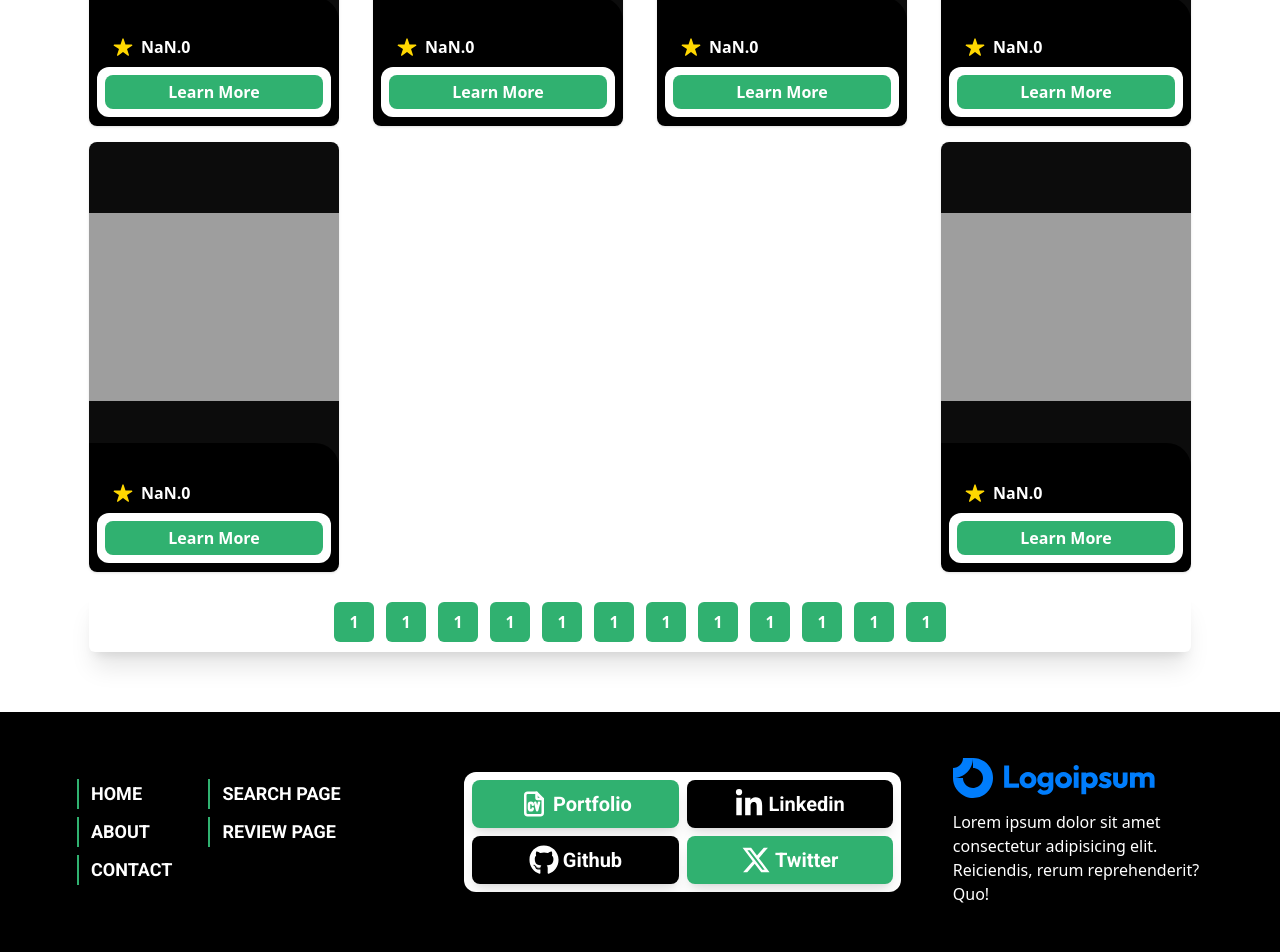
Repository: jayantatech/FrameFlick
Page: /movies
An editor plug-in stored every save of this project. The page is shown before and after the next save, followed by the edit.
The browser window is 1280 px wide. The pictures show the part of the page from y = 1096 to 2048 px (the page is 2048 px tall).
Pictures or frames that could not be fetched are drawn as grey boxes. The page's requests for data from a server got no answer. The project was rebuilt for these pictures with package versions that can differ from the ones it lists, and the page was loaded fresh each time. No one was signed in, and anything a server would have sent is missing. Also part of the build but not shown: vite.config.js, src/components/header/SearchBar.jsx, src/components/sliderComponent/button.css, src/components/sliderComponent/SliderComponent.jsx, src/pages/home/comingAttractions/ComingAttractions.jsx, src/pages/home/currentFavorites/CurrentFavorites.jsx, src/pages/home/movieGenres/MovieGenres.jsx, src/components/responsiveTitle/responsiveTitle.jsx and 11 more.

Above is the page before, as saved 2024-02-13 19:09:46.

### index.html
<!doctype html>
<html lang="en">

<head>
  <meta charset="UTF-8" />
  <link rel="icon" type="image/svg+xml" href="/vite.svg" />
  <meta name="viewport" content="width=device-width, initial-scale=1.0" />
  <link
    href="https://fonts.googleapis.com/css?family=Roboto:100,100italic,300,300italic,regular,italic,500,500italic,700,700italic,900,900italic"
    rel="stylesheet" />
  <link
    href="https://fonts.googleapis.com/css?family=Poppins:100,100italic,200,200italic,300,300italic,regular,italic,500,500italic,600,600italic,700,700italic,800,800italic,900,900italic"
    rel="stylesheet" />
  <title>Vite + React</title>
</head>

<body>
  <div id="root"></div>
  <script type="module" src="/src/main.jsx"></script>
</body>

</html>

### src/main.jsx
import React from "react";
import ReactDOM from "react-dom/client";
import App from "./App.jsx";
import "./index.css";
import { Provider } from "react-redux";
import store from "./store/Store.js";

ReactDOM.createRoot(document.getElementById("root")).render(
  <React.StrictMode>
    <Provider store={store}>
      <App />
    </Provider>
  </React.StrictMode>
);

### src/App.jsx
import React, { useEffect } from "react";
import ContentWrapper from "./components/contentWrapper/ContentWrapper";
import Header from "./components/header/Header";
import SearchBar from "./components/header/SearchBar";
import { fetchDataFromApi } from "./Utils/api";
import { useDispatch, useSelector } from "react-redux";
import { setFilmGenres, setUrl } from "./store/HomeSlice";
import Home from "./pages/home/Home";
import fetchData from "./components/hooks/fetchData";
import VideoPopBox from "./components/videoPopBox/VideoPopBox";
import Footer from "./components/footer/Footer";
import ReviewPage from "./pages/reviewPage/ReviewPage";
import { BrowserRouter, Route, Routes } from "react-router-dom";
import MoviePage from "./pages/moviePage/MoviePage";

/*
main green color - #58DAA8
2nd main color - #30b170
light green color - #E6FFF8
deep Green color - #409E7A
deep Green color 2 - #5EBEA3

*/

const App = () => {
  const { data, loading } = fetchData("configuration");

  const dispatch = useDispatch();
  useEffect(() => {
    dispatch(setUrl(`${data?.images.secure_base_url + "original"}`));
  }, [data]);

  const { data: genresData, loading: genresLoading } = fetchData(
    `genre/movie/list?language=en`
  );
  useEffect(() => {
    dispatch(setFilmGenres(genresData && genresData?.genres));
  }, [genresData]);

  return (
    <BrowserRouter>
      <VideoPopBox />
      <Header />
      <Routes>
        <Route path="/" element={<Home />} />
        <Route path="/review/:film/:id" element={<ReviewPage />} />
        <Route path="/movies" element={<MoviePage />} />
      </Routes>
      {/* <div className=" w-full h-[800px]"></div> */}
      <Footer />
    </BrowserRouter>
  );
};

export default App;

### src/components/contentWrapper/ContentWrapper.jsx
import React from "react";

const ContentWrapper = ({ children }) => {
  return <div className="w-full max-w-[1158px] mx-auto px-4">{children}</div>;
};

export default ContentWrapper;

### src/components/hooks/fetchData.jsx
import React, { useEffect, useState } from "react";
import { fetchDataFromApi } from "../../Utils/api";

const fetchData = (url) => {
  const [data, setData] = useState(null);
  const [loading, setLoading] = useState(null);
  const [error, setError] = useState(null);

  useEffect(() => {
    setLoading(true);
    setData(null);
    setError(null);
    fetchDataFromApi(url)
      .then((res) => {
        if (res?.status === 404) {
          throw new Error("Videos not found for this video");
        } else {
          return res.json();
        }
      })
      .then((data) => {
        setLoading(false);
        setData(data);
      })
      .catch((error) => setError("Something went wrong"));
  }, [url]);

  return { data, loading, error };
};

export default fetchData;

### src/components/videoPopBox/VideoPopBox.jsx
import React, { useEffect, useState } from "react";
import { IoClose } from "react-icons/io5";
import { useDispatch, useSelector } from "react-redux";
import { setVideoPopBox } from "../../store/HomeSlice";
import ReactPlayer from "react-player";

const VideoPopBox = () => {
  const [activeVideo, setActiveVideo] = useState(false);
  const [videoInfo, setVideoInfo] = useState([]);
  const dispatch = useDispatch();
  const { vidboxOn, vidBoxInfo } = useSelector(
    (state) => state.home.VideoPopBox
  );
  useEffect(() => {
    if (vidboxOn) setActiveVideo(vidboxOn);
    if (vidBoxInfo) setVideoInfo(vidBoxInfo);
  }, [vidboxOn, vidBoxInfo]);

  // useEffect(() => {
  //   if (activeVideo) {
  //     document.body.style.overflow = "hidden";
  //   } else {
  //     document.body.style.overflow = "auto";
  //   }
  // }, [activeVideo]);

  function hideVideoBox() {
    dispatch(setVideoPopBox([{ vidBoxOnPass: false, vidBoxInfoPass: {} }]));
    setActiveVideo(false);
  }

  return (
    <div
      className={` fixed w-screen h-screen top-0 left-0 ${
        activeVideo ? "block z-40" : "hidden -z-0"
      }`}
    >
      <div
        className={` relative top-0 left-0 min-h-screen min-w-screen flex items-center justify-center overflow-hidden`}
      >
        <div
          className=" absolute top-0 left-0 w-full h-full bg-[#000000af]"
          onClick={hideVideoBox}
        ></div>
        <div
          className={`w-[840px] h-[540px] max-lg:w-[660px] max-lg:h-[440px] max-md:w-[360px] max-md:h-[240px] bg-[#fff] shadow-xl rounded-xl py-4 px-4 relative transition-all duration-300 ${
            activeVideo ? "translate-y-[0%]" : "translate-y-[150%]"
          }`}
        >
          <div
            className=" w-[50px] h-[50px] bg-[#30B170] hover:bg-[#58DAA8] text-black hover:text-gray-600  absolute -top-5 -right-5 rounded-full flex items-center justify-center text-4xl cursor-pointer"
            onClick={hideVideoBox}
          >
            <IoClose />
          </div>
          <div className=" w-full h-full bg-black">
            {videoInfo && (
              <ReactPlayer
                url={`https://www.youtube.com/watch?v=${videoInfo?.key}`}
                width={"100%"}
                height={"100%"}
              />
            )}
          </div>
        </div>
      </div>
    </div>
  );
};

export default VideoPopBox;

### src/pages/moviePage/MoviePage.jsx
import React from "react";
import HeroMovie from "./heroMovie/HeroMovie";
import AllMovies from "./allMovies/AllMovies";

const MoviePage = () => {
  return (
    <div>
      <HeroMovie />
      <AllMovies />
    </div>
  );
};

export default MoviePage;

### src/pages/moviePage/heroMovie/HeroMovie.jsx
import React, { useEffect, useState } from "react";
import MyImage from "../../../components/myImage/MyImage";
import fetchData from "../../../components/hooks/fetchData";
import { useSelector } from "react-redux";
import MovieHeroInfo from "../../../components/movieHeroInfo/MovieHeroInfo";

const HeroMovie = () => {
  const [storeGen, setStoreGen] = useState([]);
  const [filmInfo, setFilmInfo] = useState([]);
  const [storeRendom, setStoreRendom] = useState(null);
  const { data, loading } = fetchData(`trending/movie/week`);
  const { url, filmGenres } = useSelector((state) => state.home);

  useEffect(() => {
    let rendomData;
    if (data?.results) {
      const genRanNum = Math.floor(Math.random() * 19);
      rendomData = data?.results[genRanNum];
      setStoreRendom(rendomData);
      console.log(data);
    }
  }, [data]);

  // let testData = storeRendom && storeRendom;
  let movieHeroData = storeRendom && storeRendom;
  useEffect(() => {
    let storeGenNum = [];
    if (movieHeroData) {
      filmGenres?.forEach((element) => {
        if (movieHeroData?.genre_ids.includes(element?.id)) {
          storeGenNum.push(element);
        }
      });
    }
    setStoreGen(storeGenNum);
  }, [filmGenres, movieHeroData]);
  console.log(storeGen);
  return (
    <div className=" w-full h-[590px] max-md:h-[670px] bg-black relative">
      <div className=" w-full h-full bg-[#0000005d] absolute top-0 left-0 z-10"></div>
      <div className=" overflow-hidden w-full h-full absolute top-0 left-0 z-0 ">
        <MyImage
          src={`${url}${!loading && movieHeroData?.backdrop_path}`}
          className={"max-lg:scale-150 max-md:scale-[4]"}
        />
      </div>
      <MovieHeroInfo movieHeroData={movieHeroData} storeGen={storeGen} />
    </div>
  );
};

export default HeroMovie;

### src/pages/moviePage/allMovies/AllMovies.jsx
import React from "react";
import ContentWrapper from "../../../components/contentWrapper/ContentWrapper";
import FilmCard from "../../../components/filmCard/FilmCard";

const AllMovies = () => {
  return (
    <div>
      <ContentWrapper>
        <div className=" py-[60px] px-3">
          <div className=" py-3">
            <h2 className=" capitalize text-3xl font-[Roboto] font-bold">
              our Movie suggestions
            </h2>
          </div>
          <div className=" w-full h-auto flex py-5 flex-row flex-wrap gap-4 items-center justify-between">
            <FilmCard />
            <FilmCard />
            <FilmCard />
            <FilmCard />
            <FilmCard />
            <FilmCard />
          </div>
          <div className=" w-full h-[60px] bg-[#fff] shadow-xl rounded-md flex items-center justify-center gap-3">
            <div className=" w-[40px] h-[40px] bg-[#30B170] text-white rounded-md flex items-center justify-center font-semibold">
              1
            </div>
            <div className=" w-[40px] h-[40px] bg-[#30B170] text-white rounded-md flex items-center justify-center font-semibold">
              1
            </div>
            <div className=" w-[40px] h-[40px] bg-[#30B170] text-white rounded-md flex items-center justify-center font-semibold">
              1
            </div>
            <div className=" w-[40px] h-[40px] bg-[#30B170] text-white rounded-md flex items-center justify-center font-semibold">
              1
            </div>
            <div className=" w-[40px] h-[40px] bg-[#30B170] text-white rounded-md flex items-center justify-center font-semibold">
              1
            </div>
            <div className=" w-[40px] h-[40px] bg-[#30B170] text-white rounded-md flex items-center justify-center font-semibold">
              1
            </div>
            <div className=" w-[40px] h-[40px] bg-[#30B170] text-white rounded-md flex items-center justify-center font-semibold">
              1
            </div>
            <div className=" w-[40px] h-[40px] bg-[#30B170] text-white rounded-md flex items-center justify-center font-semibold">
              1
            </div>
            <div className=" w-[40px] h-[40px] bg-[#30B170] text-white rounded-md flex items-center justify-center font-semibold">
              1
            </div>
            <div className=" w-[40px] h-[40px] bg-[#30B170] text-white rounded-md flex items-center justify-center font-semibold">
              1
            </div>
            <div className=" w-[40px] h-[40px] bg-[#30B170] text-white rounded-md flex items-center justify-center font-semibold">
              1
            </div>
            <div className=" w-[40px] h-[40px] bg-[#30B170] text-white rounded-md flex items-center justify-center font-semibold">
              1
            </div>
          </div>
        </div>
      </ContentWrapper>
    </div>
  );
};

export default AllMovies;

### src/components/myImage/MyImage.jsx
import React from "react";
import { LazyLoadImage } from "react-lazy-load-image-component";
import "react-lazy-load-image-component/src/effects/blur.css";

const MyImage = ({ src, className, alt }) => (
  <div className=" w-full min-h-full flex items-center justify-center overflow-hidden bg-contain">
    <LazyLoadImage
      alt={alt ? alt : "Frameflick"}
      src={src}
      effect="blur"
      width={"100%"}
      height={"100%"}
      className={`${className}`}
    />
  </div>
);

export default MyImage;

### src/components/movieHeroInfo/MovieHeroInfo.jsx
import React, { useEffect, useState } from "react";
import { IoIosStar } from "react-icons/io";
import ContentWrapper from "../contentWrapper/ContentWrapper";
import GenresCard from "../genresCard/GenresCard";
import BothButton from "../bothButton/BothButton";
import ResponsiveTitle from "../responsiveTitle/responsiveTitle";
import ResponsiveText from "../responsiveText/ResponsiveText";
import RattingBox from "../rattingBox/RattingBox";
import DateBox from "../dateBox/DateBox";

const MovieHeroInfo = ({ movieHeroData, storeGen }) => {
  const [storeSlice, setStoreSlice] = useState(null);
  useEffect(() => {
    const slicGen = storeGen && storeGen?.slice(0, 3);
    setStoreSlice(slicGen);
  }, [storeGen]);

  console.log(storeGen);
  return (
    <ContentWrapper>
      <div className=" relative top-0 left-0 w-full h-[590px] max-md:h-[670px] flex items-end justify-center py-4 z-20">
        <div className=" w-full min-h-[270px] max-lg:min-h-[270px] max-md:min-h-[470px] rounded-lg  bg-[#636262] backdrop-filter backdrop-blur-sm bg-opacity-60 p-4 max-lg:px-2 flex flex-row gap-2 max-md:flex-col">
          <div className=" md:w-3/6">
            <h2 className=" text-3xl font-[Roboto] font-bold text-white min-h-[40px]">
              {movieHeroData?.original_title}
            </h2>
            {/* <ResponsiveTitle data={testData} /> */}
            <div className=" w-full h-[40px]  my-2 flex items-center flex-row gap-2 px-2">
              <DateBox data={movieHeroData} />
              <RattingBox data={movieHeroData} />
            </div>
            {
              <div className=" w-full h-[60px] max-md:h-[80px] max-lg:h-[90px] flex items-center justify-start px-2 flex-row gap-2">
                <ResponsiveText data={movieHeroData} upTo={15} />
              </div>
            }
            <div className=" px-2 py-3 flex items-center justify-center gap-2 flex-row">
              <BothButton data={movieHeroData} />
            </div>
          </div>
          <div className=" md:w-3/6 max-h-[210px] max-lg:max-h-[240px] max-md:min-h-[240px] px-3 py-3 flex items-center justify-start gap-6 max-lg:gap-3 flex-wrap flex-col">
            <div className=" w-full py-1 bg-[#000] text-white text-center rounded-md">
              <span className=" font-[Roboto] font-semibold text-lg">
                {" "}
                {movieHeroData?.original_title} Genres
              </span>
            </div>
            <div className=" flex items-center justify-center gap-3 flex-wrap flex-row max-md:flex-row ">
              {storeSlice?.map((item, index) => (
                <GenresCard key={index} item={item} />
              ))}
            </div>
          </div>
        </div>
      </div>
    </ContentWrapper>
  );
};

export default MovieHeroInfo;

### src/components/responsiveText/ResponsiveText.jsx
import React from "react";

const ResponsiveText = ({ data, upTo = 20 }) => {
  function getTheDescription(description) {
    const words = description.split(" ").slice(0, upTo).join(" ") + "...";
    return words;
  }
  return (
    <p className=" font-[Poppins] text-lg text-white ">
      {data && getTheDescription(data?.overview)}
    </p>
  );
};

export default ResponsiveText;

### src/components/bothButton/BothButton.jsx
import React from "react";
import { useDispatch } from "react-redux";
import { setVideoPopBox } from "../../store/HomeSlice";
import fetchData from "../hooks/fetchData";
import { useNavigate } from "react-router";

const BothButton = ({ data }) => {
  const { data: newData, loading: newLoading } = fetchData(
    `movie/${data?.id && data?.id}/videos`
  );
  const oneVideo = newData?.results?.filter((item) => item?.key);
  const oneTrailer = oneVideo && oneVideo[0];

  const dispatch = useDispatch();
  const openVideoBox = () => {
    dispatch(
      setVideoPopBox([{ vidBoxOnPass: true, vidBoxInfoPass: oneTrailer }])
    );
  };

  const navigateNew = useNavigate();

  const navigateToNewPage = () => {
    navigateNew(`/review/${"movie"}/${data?.id}`);
  };
  return (
    <>
      <button
        className=" w-full h-[50px] max-lg:h-[40px] bg-[#000] rounded-md text-white font-bold text-2xl font-[Roboto] hover:scale-95 transition-all duration-300 max-lg:text-xl"
        onClick={openVideoBox}
      >
        Trailer
      </button>
      <button
        className=" w-full h-[50px] bg-[#30B170] rounded-md text-white font-bold text-2xl font-[Roboto]  hover:scale-95 transition-all duration-300 max-lg:h-[40px] max-lg:text-xl"
        onClick={navigateToNewPage}
      >
        Learn More
      </button>
    </>
  );
};

export default BothButton;

### src/components/rattingBox/RattingBox.jsx
import React from "react";
import { IoStar } from "react-icons/io5";

const RattingBox = ({ data }) => {
  const averageVote = data && data?.vote_average;

  const votePointer = Number(
    data && data?.vote_average.toString().split(".")[1]
  );

  return (
    <>
      {
        <div className=" text-lg font-extrabold font-[Roboto] flex items-center justify-start gap-2 px-2 py-1 rounded-lg bg-white md:w-[150px]  max-md:w-[50%]">
          Rating:
          <span className=" text-[#ffd700] text-2xl flex items-center justify-center font-bold">
            <IoStar />
          </span>
          {averageVote &&
            votePointer &&
            `${Math.floor(averageVote)}.${
              votePointer ? votePointer.toString().slice(0, 1) : "0"
            }`}
        </div>
      }
    </>
  );
};

export default RattingBox;

### src/components/dateBox/DateBox.jsx
import React from "react";

const DateBox = ({ data }) => {
  function timeFormath(timeTo) {
    const releaseDate = new Intl.DateTimeFormat("en-US", {
      day: "2-digit",
      month: "short",
      year: "2-digit",
    }).format(new Date(timeTo));
    return releaseDate;
  }
  return (
    <div className=" text-lg font-extrabold font-[Roboto] flex items-center justify-start gap-2 px-2 py-1 rounded-lg bg-white md:w-[160px] max-md:w-[50%]">
      Data:
      <span className="font-bold max-md:text-base">
        {data && timeFormath(data?.release_date)}
      </span>
    </div>
  );
};

export default DateBox;

Loaded but not shown: src/index.css (common file); tailwind.config.js (common file); src/store/HomeSlice.js (34 lines, source omitted); src/Utils/api.js (20 lines, source omitted); src/store/Store.js (10 lines, source omitted); src/assets/icons/index.js (3 lines, source omitted); src/components/header/Header.jsx (153 lines, source omitted); src/components/footer/Footer.jsx (83 lines, source omitted); src/components/filmCard/FilmCard.jsx (105 lines, source omitted)

After the next save:
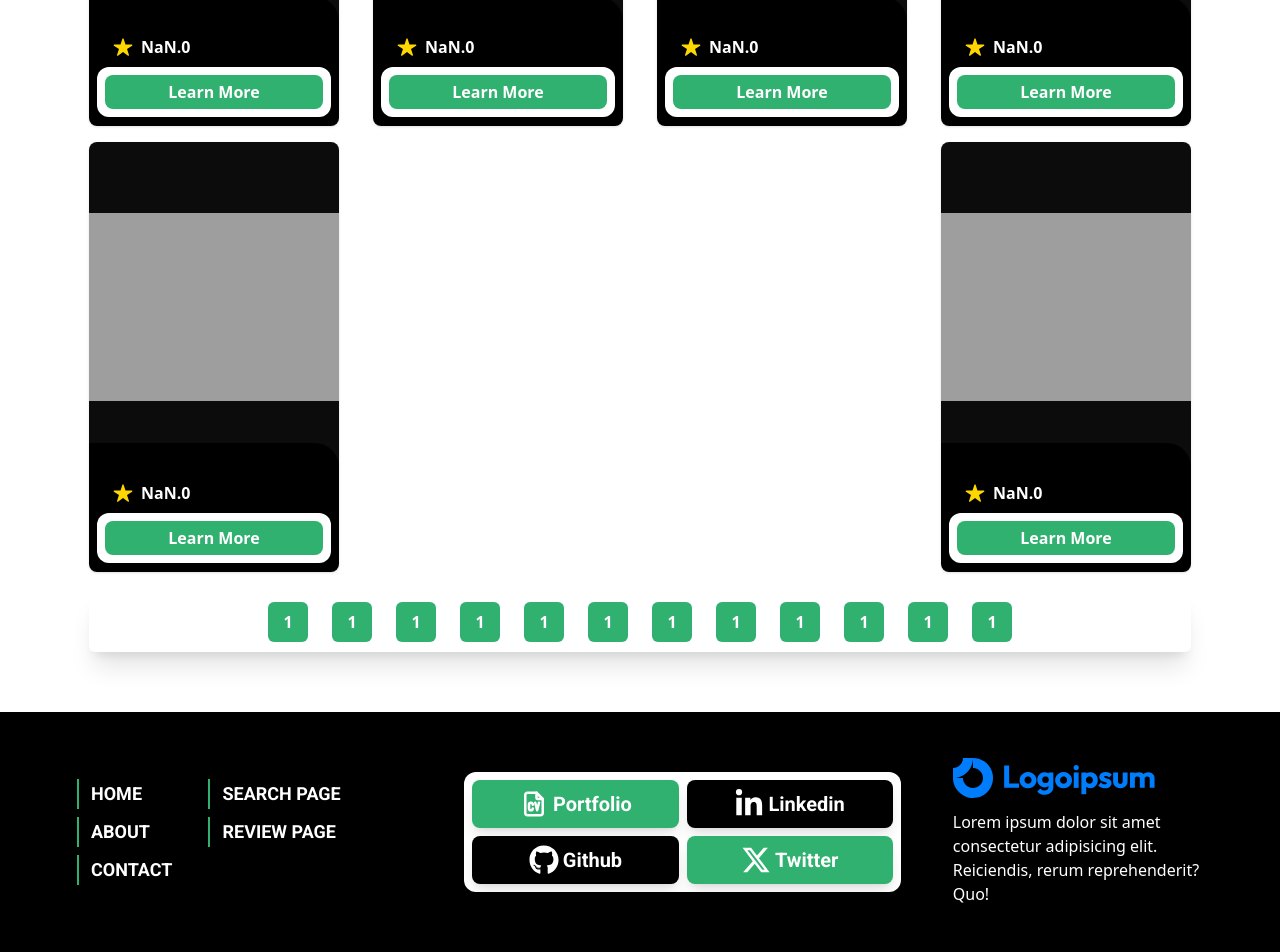
Saved 9 s later.
--- a/src/pages/moviePage/allMovies/AllMovies.jsx
+++ b/src/pages/moviePage/allMovies/AllMovies.jsx
@@ -20,7 +20,7 @@ const AllMovies = () => {
             <FilmCard />
             <FilmCard />
           </div>
-          <div className=" w-full h-[60px] bg-[#fff] shadow-xl rounded-md flex items-center justify-center gap-3">
+          <div className=" w-full h-[60px] bg-[#fff] shadow-xl rounded-md flex items-center justify-center gap-6">
             <div className=" w-[40px] h-[40px] bg-[#30B170] text-white rounded-md flex items-center justify-center font-semibold">
               1
             </div>
